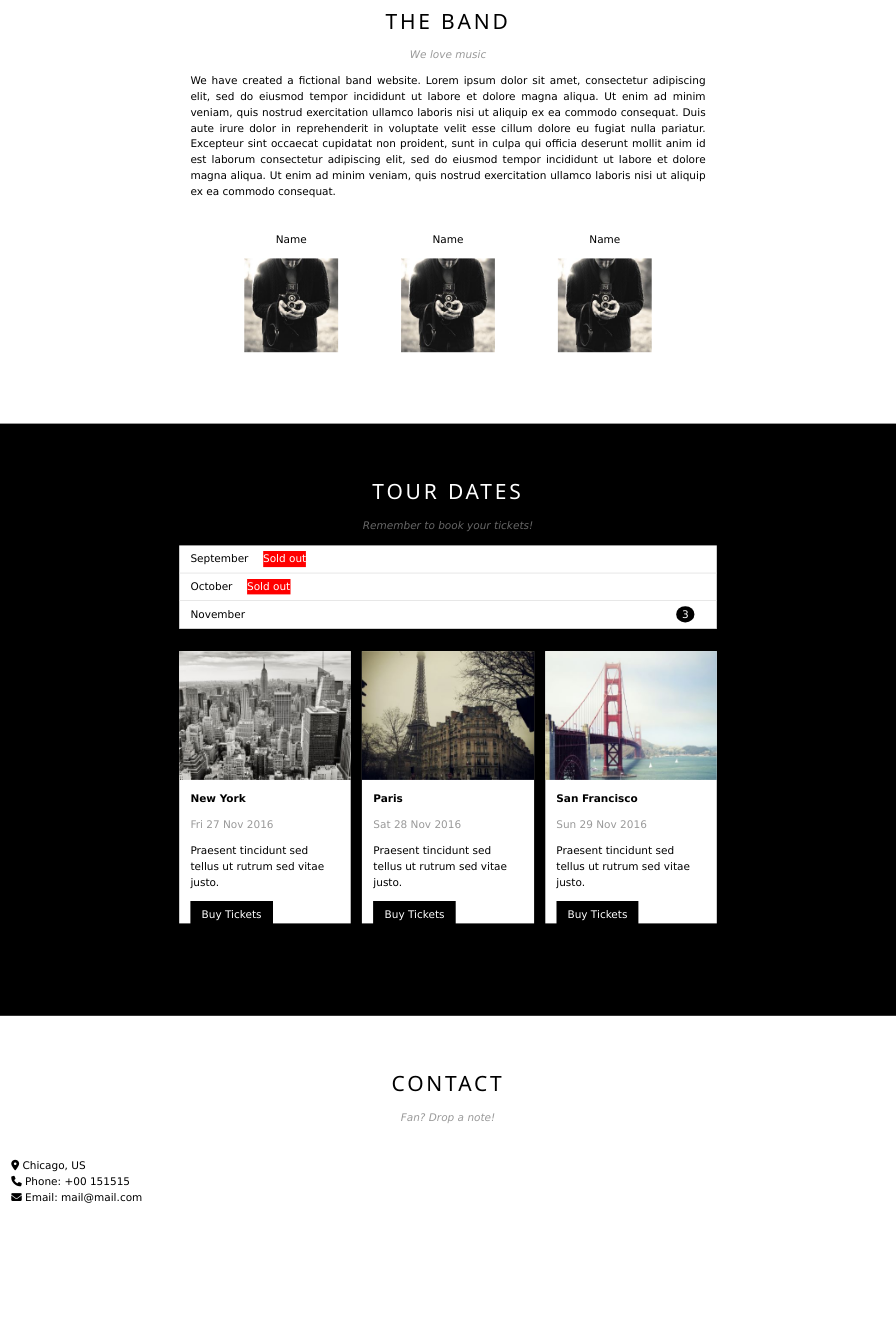
Repository: ngotranphuongbao/theband
Page: index.html
The author's editor kept a copy of each file at every save. The page is drawn from the files as they stood at one save, then again after the next save.
The browser window is 1280 px wide. The pictures show the part of the page from y = 753 to 2673 px (the page is 2663 px tall before and 2673 px after), at 70% of full size.
Some web libraries are served in a nearby version.

Above is the page before, as saved 2022-12-22 07:09:02.

### index.html
<!DOCTYPE html>
<html lang="en">
<head>
    <meta charset="UTF-8">
    <meta http-equiv="X-UA-Compatible" content="IE=edge">
    <meta name="viewport" content="width=device-width, initial-scale=1.0">
    <title>Document</title>
    <link rel="stylesheet" href="./assets/css/style.css">
    <script src="https://kit.fontawesome.com/55a0c61423.js" crossorigin="anonymous"></script>
    <link rel="stylesheet" href="./assets/themify-icons/themify-icons.css">
    <link rel="stylesheet" href="https://www.w3schools.com/w3css/4/w3.css">
</head>
<body>
    <div id="main">
        <div id="header">
            <ul id="nav">
                <li><a href="">Home</a></li>
                <li><a href="">Band</a></li>
                <li><a href="">Tour</a></li>
                <li><a href="">Contact</a></li>
                <li>
                    <a href="">
                        More
                        <i class="fa fa-caret-down"></i>
                    </a>
                    <ul id="subnav">
                        <li><a href="">Merchandise</a></li>
                        <li><a href="">Extras</a></li>
                        <li><a href="">Media</a></li>
                    </ul>
                </li>
            </ul>
            <div id="search">
                <i class="fa fa-search"></i>
            </div>
        </div>

        <div id="slider">
            <div id="slider-caption">
                <h3>Chicago</h3>
                <p><b>Thank you, Chicago - A night we won't forget.</b></p>
            </div>

        </div>

        <div id="content">
            <div id="the-band">
                <div id="the-band-main">
                    <h2 class="content-title">The Band</h2>
                    <p class="content-subtitle">We love music</p>
                    <p id="describe">We have created a fictional band website. Lorem ipsum dolor sit amet, consectetur adipiscing elit, sed do eiusmod tempor incididunt ut labore et dolore magna aliqua. Ut enim ad minim veniam, quis nostrud exercitation ullamco laboris nisi ut aliquip ex ea commodo consequat. Duis aute irure dolor in reprehenderit in voluptate velit esse cillum dolore eu fugiat nulla pariatur. Excepteur sint occaecat cupidatat non proident, sunt in culpa qui officia deserunt mollit anim id est laborum consectetur adipiscing elit, sed do eiusmod tempor incididunt ut labore et dolore magna aliqua. Ut enim ad minim veniam, quis nostrud exercitation ullamco laboris nisi ut aliquip ex ea commodo consequat.</p>
                    <div id="member">
                        <div class="member-info">
                            <p class="member-name">Name</p>
                            <img src="/assets/image/member/bandmember.jpg" alt="" class="member-photo">
                        </div>

                        <div class="member-info">
                            <p class="member-name">Name</p>
                            <img src="/assets/image/member/bandmember.jpg" alt="" class="member-photo">
                        </div>

                        <div class="member-info">
                            <p class="member-name">Name</p>
                            <img src="/assets/image/member/bandmember.jpg" alt="" class="member-photo">
                        </div>
                    </div>
                </div>
            </div>

            <div id="tour-dates">
                <div id="tour-dates-main">
                    <h2 class="content-title">Tour Dates</h2>
                    <p class="content-subtitle">Remember to book your tickets!</p>
                    <ul id="booking">
                        <li>
                            September
                            <div class="sold-out">Sold out</div>
                        </li>
                        <li>
                            October
                            <div class="sold-out">Sold out</div>
                        </li>
                        <li>
                            November
                            <span class="w3-badge">3</span>
                        </li>
                    </ul>
                    <div id="location">
                        <div class="location-infor">
                            <img src="/assets/image/location/newyork.jpg" alt="" class="location-photo">
                            <div class="location-detail">
                                <p class="city">
                                    <b>New York</b>
                                </p>
                                <p class="event-date">Fri 27 Nov 2016</p>
                                <p class="event-describe">Praesent tincidunt sed tellus ut rutrum sed vitae justo.</p>
                                <div class="buy-ticket">Buy Tickets</div>
                            </div>
                        </div>
                        <div class="location-infor">
                            <img src="/assets/image/location/paris.jpg" alt="" class="location-photo">
                            <div class="location-detail">
                                <p class="city">
                                    <b>Paris</b>
                                </p>
                                <p class="event-date">Sat 28 Nov 2016</p>
                                <p class="event-describe">Praesent tincidunt sed tellus ut rutrum sed vitae justo.</p>
                                <div class="buy-ticket">Buy Tickets</div>
                            </div>
                        </div>
                        <div class="location-infor">
                            <img src="/assets/image/location/sanfran.jpg" alt="" class="location-photo">
                            <div class="location-detail">
                                <p class="city">
                                    <b>San Francisco</b>
                                </p>
                                <p class="event-date">Sun 29 Nov 2016</p>
                                <p class="event-describe">Praesent tincidunt sed tellus ut rutrum sed vitae justo.</p>
                                <div class="buy-ticket">Buy Tickets</div>
                            </div>
                        </div>
                    </div>

                </div>

            </div>

            <div id="contact">
                <div id="contact-main">
                    <h2 class="content-title">Contact</h2>
                    <p class="content-subtitle">Fan? Drop a note!</p>
                    <div id="contact-form">
                        <ul id="adress">
                            <li>
                                <i class="fa-solid fa-location-dot"></i>
                                Chicago, US
                            </li>
                            <li>
                                <i class="fa-solid fa-phone"></i>
                                Phone: +00 151515
                            </li>
                            <li>
                                <i class="fa-solid fa-envelope"></i>
                                Email: mail@mail.com
                            </li>
                        </ul>
                    </div>

                </div>
            </div>

            <div id="picture">

            </div>

        </div>

        <div id="footer">

        </div>
    </div>

</body>
</html>

### assets/css/style.css
* {
    padding: 0px;
    margin: 0px;
    box-sizing: border-box;
}

html {
    font-family: Arial, Helvetica, sans-serif;
}

#main {

}

#header {
    height: 46.5px;
    background-color: black;
    position: fixed;
    top: 0px;
    left: 0px;
    right: 0px;
    z-index: 1;
}

#nav {
    display: inline-block;
}
#nav > li {
    display: inline-block;
    padding: 12px 24px;
    position: relative;
}

#nav > li > a {
    line-height: 22.5px;
    text-decoration: none;
    text-transform: uppercase;
    color: white;
}

#nav > li:hover {
    background-color: grey;
}

#nav > li:hover > a {
    color: black;
}

#subnav {
    display: none;
    position: absolute;
    top: 45px;
    left: 0px;
    box-shadow: 0px 0px 10px rgba(0, 0, 0, 0.3);
    background-color: white;
}

#subnav > li {
    display: block;
    width: 160px;
    height: 38.5px;
    padding: 8px 16px;
}

#subnav > li:hover {
    background-color: grey;
}

#nav > li:hover > #subnav {
    display: block;
}

#subnav > li > a {
    text-decoration: none;
    color: black;
}

.fa-caret-down {
    width: 8.575px;
    height: 15px;
}

#search {
    float: right;
    padding: 12px 24px;
    background-color: red;
    cursor: pointer;
}

.fa-search {
    line-height: 22.5px;
    color: white;
}
#slider {
    margin-top: 45.6px;
    padding-top: 50%;
    background: url(/assets/image/slider/chicago.jpg) top center / cover no-repeat;
    position: relative;
}

#slider-caption {
    position: absolute;
    bottom: 32px;
    width: 100%;
    text-align: center;
}

#slider-caption > p {
    margin: 15px;
    color: white;
}

#slider-caption > h3 {
    margin-bottom: 10px;
    color: white;
    font-weight: 400;
    font-size: 24px;
}


#content {

}

#the-band {
    height: 672px;
}

#the-band-main {
    width: 768px;
    height: 100%;
    padding: 64px 16px;
    margin: auto;
}

.content-title {
    text-align: center;
    margin: 10px;
    text-transform: uppercase;
    letter-spacing: 4px;
    font-weight: 400;
}

.content-subtitle {
    text-align: center;
    margin: 15px;
    font-style: italic;
    opacity: 0.4;
}

#describe {
    text-align: justify;
    margin-bottom: 15px;

}

#member {
    height: 286px;
    text-align: center;
    margin: 32px;
}

.member-info {
    display: inline-block;
    width: calc(100%/3);
    float: left;
}

.member-photo {
    width: 60%;
    margin-bottom: 16px;
}

.member-name {
    margin: 15px;
}

#tour-dates {
    height: 846px;
    background-color: black;
}

#tour-dates-main {
    width: 800px;
    height: 100%;
    margin: auto;
    padding: 64px 16px;
}

#tour-dates-main .content-title {
    color: white;
}

#tour-dates-main .content-subtitle {
    color: white;
}

#booking {
    margin-top: 18.4px;
    background-color: white;
}

#booking > li {
    display: block;
    padding: 8px 16px;
    border-bottom: 1px solid #ddd;
}

.sold-out {
    display: inline-block;
    background-color: red;
    color: white;
    margin-left: 16px;
}

.w3-badge {
    float: right;
    margin-right: 16px;
}

#location {
    height: 469px;
    padding: 32px 8px;
    margin-left: -16px;
    margin-right: -16px;
}

.location-infor {
    display: inline-block;
    float: left;
    width: calc((100% - 48px) / 3);
    height: calc(100% - 16px);
    background-color: white;
    margin: 0px 8px;
    margin-bottom: 16px;
}

.location-photo {
    width: 100%;
}

.location-photo:hover {
    opacity: 0.6;
}

.location-detail {
    padding: 0.15px 16px;
    text-align: left;
}

.city {
    margin: 15px 0px;
}

.event-date {
    opacity: 0.4;
}

.event-describe {
    margin: 15px 0px;
}

.buy-ticket {
    display: inline-block;
    padding: 8px 16px;
    margin-bottom: 16px;
    background-color: black;
    color: white;
}

.buy-ticket:hover {
    background-color: grey;
    color: black;
}
#contact {
    height: 459px;
    padding: 64px 16px;
}

#contact-form {
    height: 223.5px;
    padding: 32px 0;
}

#adress > li {
    display: block;
}
#footer {

}

Loaded but not shown: assets/themify-icons/themify-icons.css (common file)

After the next save:
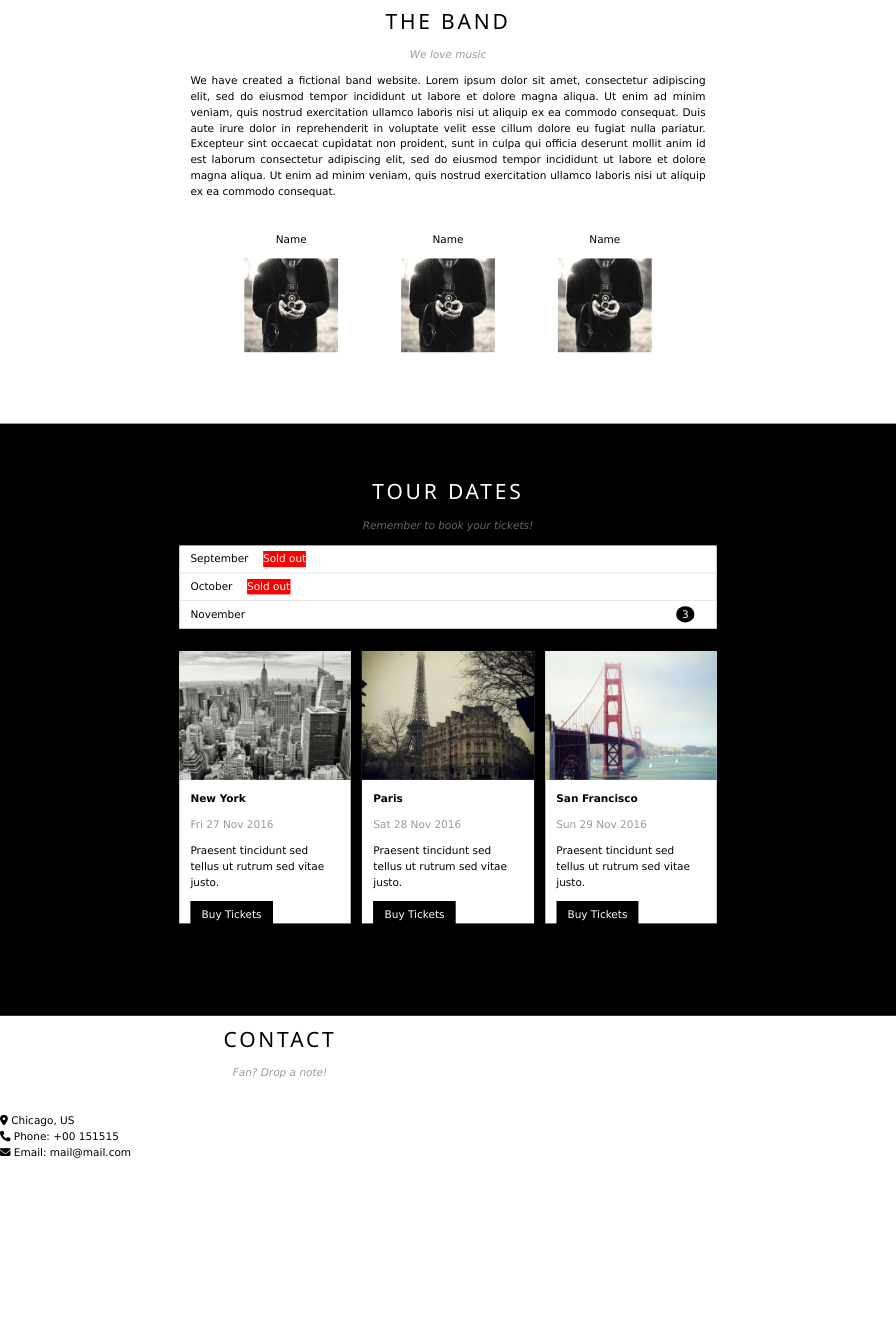
Saved 4 min 25 s later.
--- a/assets/css/style.css
+++ b/assets/css/style.css
@@ -274,7 +274,13 @@ html {
 }
 #contact {
     height: 459px;
-    padding: 64px 16px;
+}
+
+#contact-main {
+    width: 800px;
+    height: 100%;
+
+
 }
 
 #contact-form {
